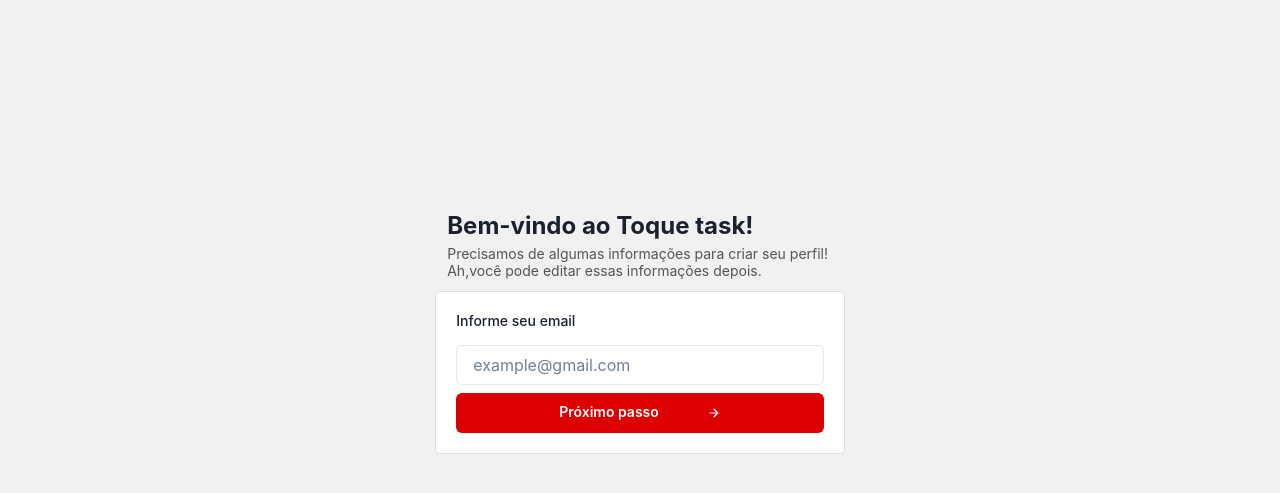
Repository: jorgelucasjs/chakra-ui-doc
Page: /
The author's editor kept a copy of each file at every save. The page is drawn from the files as they stood at one save, then again after the next save.
The browser window is 1280 px wide. The pictures show the whole page.
The project was rebuilt for these pictures with package versions that can differ from the ones it lists, and the page was loaded fresh each time.

Above is the page before, as saved 2023-01-06 14:47:56.

After the next save:
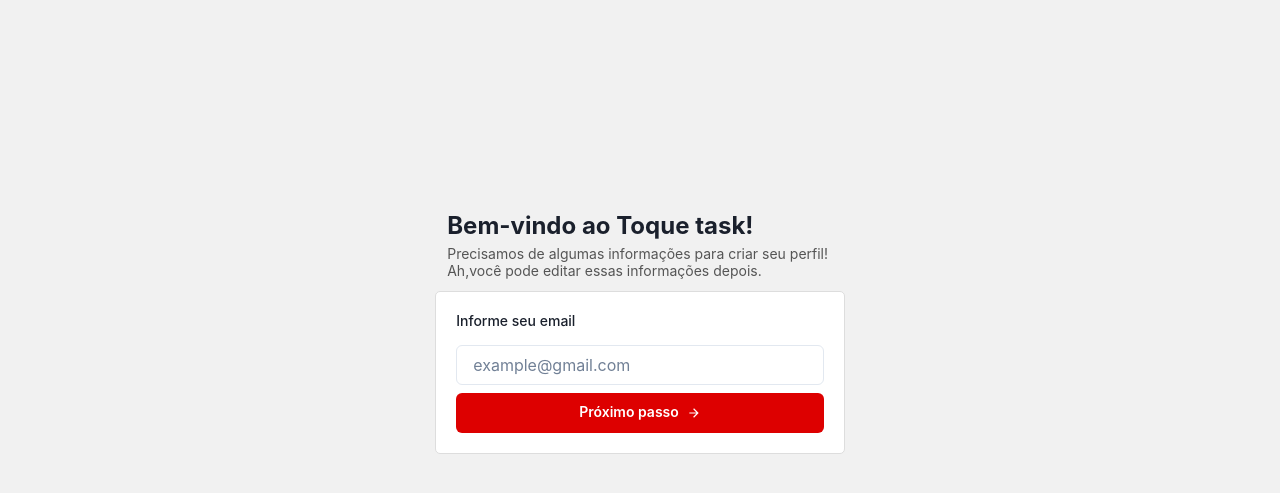
Saved 7 s later.
--- a/src/pages/index.tsx
+++ b/src/pages/index.tsx
@@ -30,7 +30,7 @@
 							color='#fff'
 							fontSize='14'
 							_hover={{ bg: '#f00' }}
-						>Próximo passo <ArrowForwardIcon ml={12}/> </Button>
+						>Próximo passo <ArrowForwardIcon ml={2}/> </Button>
 					</FormControl>
 				</Box>
 			</Box>
